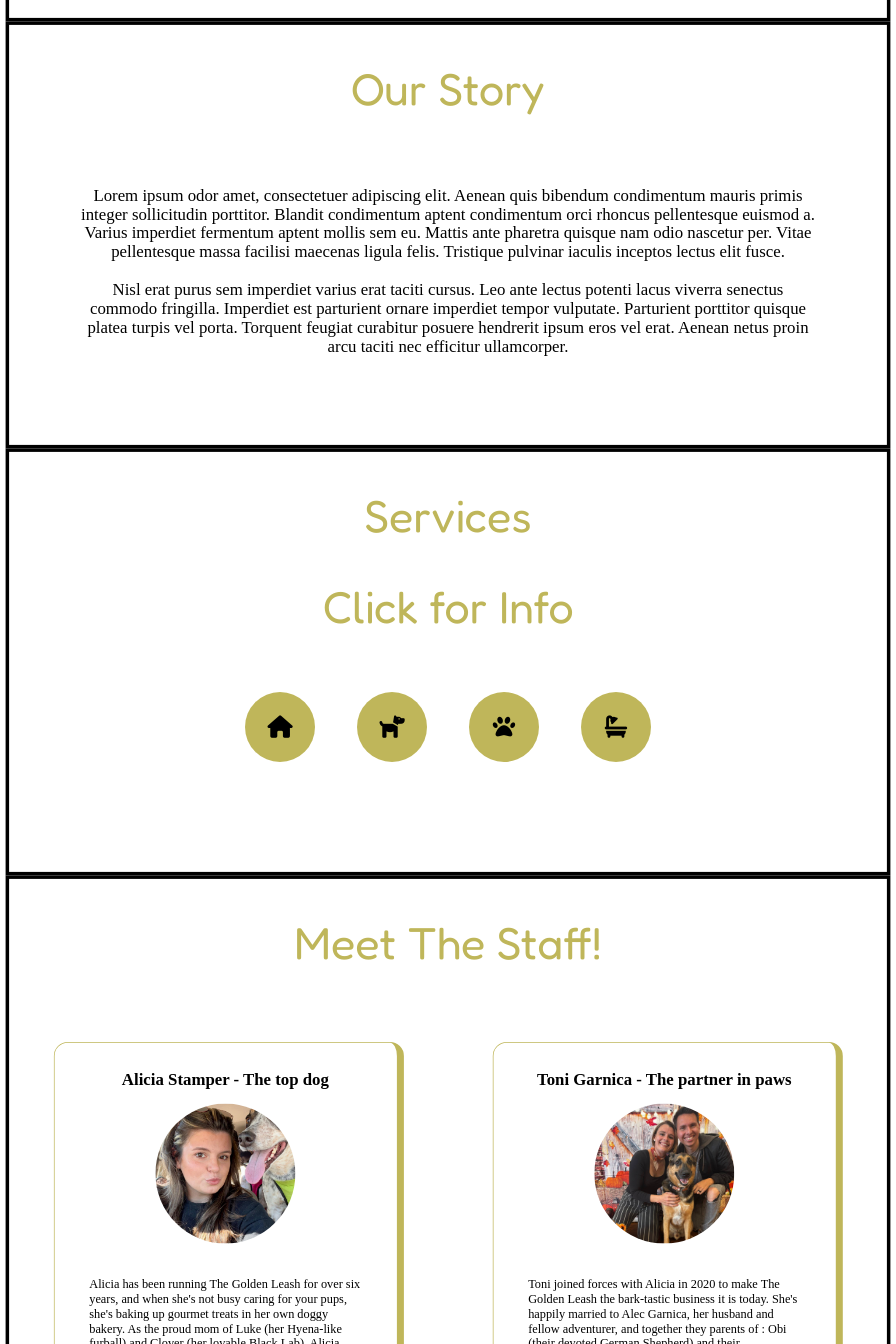
Repository: Aworminator/Thegoldenleash
Page: index.html
An editor plug-in stored every save of this project. The page is shown before and after a run of saves, followed by the edit.
The browser window is 1280 px wide. The pictures show the part of the page from y = 652 to 2572 px (the page is 4783 px tall), at 70% of full size.

Above is the page before, as saved 2025-07-23 22:15:13.

### index.html
<!DOCTYPE html>
<html lang="en">
  <head>
    <meta charset="UTF-8" />
    <meta name="viewport" content="width=device-width, initial-scale=1.0" />
    <title>The Golden Leash</title>
    <link
      rel="stylesheet"
      href="https://cdnjs.cloudflare.com/ajax/libs/font-awesome/6.5.0/css/all.min.css"
      integrity="sha512-..."
      crossorigin="anonymous"
      referrerpolicy="no-referrer"
    />
    <link rel="stylesheet" href="style.css" />
    <link rel="preconnect" href="https://fonts.googleapis.com" />
    <link rel="preconnect" href="https://fonts.gstatic.com" crossorigin />
    <link
      href="https://fonts.googleapis.com/css2?family=Fredoka:wght@300..700&display=swap"
      rel="stylesheet"
    />
  </head>
  <body>
    <section class="home-page">
      <div class="image-container">
        <div>
          <div class="logo-container">
            <img src="./Images/GoldenLeashLogo No Nose.png" class="logo" />
            <img src="./Images/GoldenLeashLogo Nose.png" class="nose" alt="" />
          </div>
        </div>

        <ul class="list">
          <li class="list-item" id="story">Our Story</li>
          <li class="list-item" id="service">Services</li>
          <li class="list-item" id="contact">Contact Us</li>
        </ul>
      </div>
    </section>

    <section class="our-story">
      <h1>Our Story</h1>
      <p class="story-info info">
        Lorem ipsum odor amet, consectetuer adipiscing elit. Aenean quis
        bibendum condimentum mauris primis integer sollicitudin porttitor.
        Blandit condimentum aptent condimentum orci rhoncus pellentesque euismod
        a. Varius imperdiet fermentum aptent mollis sem eu. Mattis ante pharetra
        quisque nam odio nascetur per. Vitae pellentesque massa facilisi
        maecenas ligula felis. Tristique pulvinar iaculis inceptos lectus elit
        fusce. <br /><br />
        Nisl erat purus sem imperdiet varius erat taciti cursus. Leo ante lectus
        potenti lacus viverra senectus commodo fringilla. Imperdiet est
        parturient ornare imperdiet tempor vulputate. Parturient porttitor
        quisque platea turpis vel porta. Torquent feugiat curabitur posuere
        hendrerit ipsum eros vel erat. Aenean netus proin arcu taciti nec
        efficitur ullamcorper.
      </p>
    </section>

    <section class="services">
      <h1>Services</h1>
      <h2 class="clickForInfo">Click for Info</h2>
      <div class="icon-container">
        <i class="fa-solid fa-house icon" id="boarding"></i>
        <i class="fa-solid fa-dog icon" id="daycare"></i>
        <i class="fa-solid fa-paw icon" id="walks"></i>
        <i class="fa-solid fa-bath icon" id="grooming"></i>
      </div>

      <div class="service-info info" id="boarding">
        <h3>Boarding</h3>
        <h3>$75 Per/Night</h3>
        <h3>$80 Per/Night (In Home Boarding)</h3>
        <p>
          At The Golden Leash, our boarding service is truly cage-free—your dog
          enjoys a comfortable, home-like environment 24/7 with no kennels or
          crates. We believe every pup deserves freedom, companionship, and
          personalized attention, so they’re never confined and always part of
          the family. <br /><br />
          For dogs who prefer familiar surroundings, we also offer in-home
          boarding. Our trusted staff can stay at your home, ensuring your dog’s
          routine and comfort are maintained while you’re away. Whether at our
          place or yours, your dog receives loving care, playtime, and
          relaxation—just like they’re at home!
        </p>
      </div>
      <div class="service-info info" id="daycare">
        <h3>Daycare</h3>
        <h3>$35 Full Day (6-9 Hours)</h3>
        <h3>$25 Half Day (3-5 Hours)</h3>
        <p>
          At The Golden Leash, our doggy daycare is a great environment where
          your pup can play, socialize, and relax just like at home. We believe
          dogs thrive when they’re free to interact and explore, so we provide
          supervised group play and plenty of space for every personality.
          <br /><br />
          Our experienced staff ensures each dog’s safety and comfort, offering
          personalized attention throughout the day. Whether your dog loves to
          romp with friends or prefers quiet time, we tailor their experience to
          meet their needs. Give your dog a fun, stress-free day—no cages, just
          care!
        </p>
      </div>
      <div class="service-info info" id="walks">
        <h3>Walks</h3>
        <h3>$25</h3>
        <h4>(Starting at)</h4>
        <p>
          At The Golden Leash, we bring personalized care directly to you! Our
          team will stop by to check on your dog and take them for a walk
          tailored to their needs. Each walk typically lasts around 45 minutes,
          giving your pup plenty of exercise and attention. <br /><br />
          Your dog's safety and well-being are our top priorities. That’s why we
          monitor the weather closely, ensuring your furry friend isn’t exposed
          to unsafe conditions. We avoid walks in temperatures below 28°F, and
          during extreme heat, we’ll adjust walk times to protect your dog’s
          paws from hot sidewalks. Because your dog deserves the very best
          care—rain, shine, or snow!
        </p>
      </div>
      <div class="service-info info" id="grooming">
        <h3>Grooming</h3>
        <h3>$40 Basic Bath</h3>
        <h3>$50 Deshed</h3>
        <h4>(Starting at)</h4>
        <p>
          At The Golden Leash, our grooming service is designed to keep your dog
          looking and feeling their best in a stress-free, cage-free
          environment. We offer baths, brush-outs, nail trims, ear cleaning, and
          more—always tailored to your pup’s needs and comfort. <br /><br />
          Our experienced staff uses gentle techniques and high-quality products
          to ensure a safe, positive experience for every dog. Whether your pup
          needs a quick freshen-up or a full spa treatment, we provide
          personalized care with plenty of love and attention. Book a grooming
          session and let your dog shine!
        </p>
      </div>
    </section>

    <section class="staff">
      <h1>Meet The Staff!</h1>
      <div id="staff-cards"></div>
    </section>

    <section class="contact">
      <h1>Contact Us</h1>
      <form class="contact-form">
        <div class="form-group">
          <label for="name">Name</label>
          <input type="text" id="name" name="name" required />
        </div>
        <div class="form-group">
          <label for="email">Email</label>
          <input type="email" id="email" name="email" required />
        </div>
        <div class="form-group">
          <label for="message">Message</label>
          <textarea id="message" name="message" rows="5" required></textarea>
        </div>
        <button type="submit" class="contact-btn">Send Message</button>
      </form>
    </section>
    <script src="script.js"></script>
  </body>
</html>

### style.css
h1,
.clickForInfo {
  font-family: "Fredoka", serif;
  font-optical-sizing: auto;
  font-weight: 400; /* Replace <weight> with a valid value */
  font-style: normal;
  color: #bfb65a;
  font-variation-settings: "wdth" 100;
  text-align: center;
  font-size: 4em;
}

/* Everything is looking great, just add paw background repate */

h2 {
  text-align: center;
}

.image-container {
  display: flex;
  flex-direction: row;
  justify-content: space-around;
}

.home-page {
  border: black solid 5px;
  min-height: 50vh;
  background-image: linear-gradient(
      rgba(255, 255, 255, 0.4),
      rgba(255, 255, 255, 0.4)
    ),
    url("./Images/Paws.png");
  background-repeat: no-repeat;
  background-position: 80%;
}

@keyframes paws-bg-move {
  0% {
    background-position: 160%;
  }
  25% {
    background-position: 140%;
  }
  50% {
    background-position: 120%;
  }
  75% {
    background-position: 100%;
  }
  100% {
    background-position: 80%;
  }
}

.home-page {
  animation: paws-bg-move 5s;
}

.services,
.staff,
.contact,
.our-story {
  border: black solid 5px;
  min-height: 600px;
}

.logo-container {
  position: relative;
  display: inline-block; /* or block, as needed */
}

.logo {
  display: block;
  width: 100%;
  max-width: 600px;
  height: auto;
}

.nose {
  position: absolute;
  left: 50%;
  top: 50%;
  transform: translate(-50%, -50%);
  width: 100%;
  height: auto;
  animation: nose-move 4s ease-in-out;
}
@keyframes nose-move {
  0% {
    transform: translate(-50%, -50%) scale(1);
  }
  25% {
    transform: translate(-50%, -50%) scale(1.2);
  }
  50% {
    transform: translate(-50%, -50%) scale(1.1);
  }
  75% {
    transform: translate(-50%, -50%) scale(1.2);
  }
  100% {
    transform: translate(-50%, -50%) scale(1);
  }
}

.list {
  font-size: 3em;
  padding: 50px;
}

li {
  font-family: "Fredoka", serif;
  font-optical-sizing: auto;
  font-weight: 400; /* Replace <weight> with a valid value */
  font-style: normal;
  color: #bfb65a;
  font-variation-settings: "wdth" 100;
  font-size: 1.3em;
  margin-bottom: 80px;
  text-shadow: 3px 3px 0px rgba(191, 183, 90, 0.336),
    0 0 16px rgba(191, 182, 90, 0.25);
}

.icon-container {
  display: flex;
  justify-content: center;
}

.icon {
  background-color: #bfb65a;
  width: 100px;
  aspect-ratio: 1 / 1;
  border-radius: 50%;
  display: flex;
  justify-content: center;
  align-items: center;
  font-size: 2em;
  margin: 30px;
}

.icon:hover,
.list-item:hover {
  transform: scale(1.1);
  transition: transform 0.2s;
}

.icon:active,
.list-item:active {
  transform: scale(0.9);
  transition: transform 0.2s;
}

.service-info,
.story-info {
  text-align: center;
  font-size: 1.5rem;
  margin: 100px;
}

.service-info {
  display: none;
  max-width: 1000px;
  /* width: 100%; */
  margin: 80px auto;
  background-color: rgb(229, 229, 229);
  border-radius: 10px;
  padding: 5px;
  animation: slide-fwd-tr 1.3s cubic-bezier(0.25, 0.46, 0.45, 0.94) both;
}

.service-info p {
  max-width: 500px;
  /* width: 1000%; */
  margin: 50px auto;
}

.card {
  width: 100%;
  max-width: 500px;
  border: none;
  border-bottom: 10px solid #bfb65a;
  border-right: 10px solid #bfb65a;
  border-top: 1px solid #bfb65a;
  border-left: 1px solid #bfb65a;
  border-radius: 20px;
  display: flex;
  flex-direction: column;
  justify-content: flex-start;
  align-items: center;
  margin: 50px;
  padding: 20px;
  box-sizing: border-box;
  overflow-wrap: break-word;
  word-wrap: break-word;
}

.profile-pic {
  height: 200px;
  border-radius: 50%;
  object-fit: cover;
  object-position: top;
  width: 200px;
}

.profile-pic:hover {
  transform: scale(1.15);
  transition: transform 0.2s;
}

#staff-cards {
  display: flex;
  flex-direction: row;
  flex-wrap: wrap;
  align-items: center;
  justify-content: space-around;
}

.staff-info {
  padding: 30px;
  font-size: 1.1em;
}

@keyframes slide-fwd-tr {
  0% {
    opacity: 0%;
    transform: translateZ(180px) translateY(120px) translateX(-120px);
  }
  100% {
    opacity: 100%;
    transform: translateZ(0px) translateY(0px) translateX(0px);
  }
}

@media (max-width: 900px) {
  .image-container {
    flex-direction: column;
    align-items: center;
  }

  .info {
    font-size: 0.8em;
    width: 50%;
    /* figure out a way to make this wider */
  }

  .icon {
    font-size: 1.4em;
    margin: 15px;
  }

  .staff-info {
    width: 250px;
    font-size: 0.9em;
    overflow: visible;
    padding: 10px;
  }

  .service-info {
    width: 300px;
  }

  .card {
    margin: 20px;
    padding: 20px;
  }

  h1 {
    font-size: 2.5em;
  }

  li {
    font-size: 1em;
  }

  h2 {
    font-size: 1.2em;
    padding: 5px;
  }
}

@media (max-width: 600px) {
  .contact-form {
    padding: 18px 8px 14px 8px;
    max-width: 95vw;
  }
}

/* Contact Form Styles */
.contact-form {
  max-width: 500px;
  margin: 40px auto 0 auto;
  border-radius: 16px;
  box-shadow: 0 4px 24px rgba(191, 182, 90, 0.15);
  padding: 32px 28px 24px 28px;
  display: flex;
  flex-direction: column;
  gap: 18px;
}
.form-group {
  display: flex;
  flex-direction: column;
  gap: 6px;
}
.contact-form label {
  font-size: 1.1em;
  color: black;
  font-weight: 600;
  margin-bottom: 2px;
}
.contact-form input,
.contact-form textarea {
  padding: 10px 12px;
  border: 1.5px solid black;
  border-radius: 8px;
  font-size: 1em;
  font-family: inherit;
  transition: border 0.2s;
}
.contact-form input:focus,
.contact-form textarea:focus {
  outline: none;
  border: 2px solid black;
}
.contact-btn {
  background: #bfb65a;
  color: #fff;
  border: none;
  border-radius: 8px;
  padding: 12px 0;
  font-size: 1.1em;
  font-weight: 700;
  cursor: pointer;
  margin-top: 10px;
  box-shadow: 0 2px 8px rgba(191, 182, 90, 0.12);
  transition: background 0.2s, transform 0.2s;
}
.contact-btn:hover {
  background: #a49e4a;
  transform: translateY(-2px) scale(1.03);
}

### script.js
const staffMembers = [
  {
    name: "Alicia Stamper",
    title: "The top dog",
    image: "./Images/Staff Pictures/Alicia TGL Picture.jpg",
    info: "Alicia has been running The Golden Leash for over six years, and when she's not busy caring for your pups, she's baking up gourmet treats in her own doggy bakery. As the proud mom of Luke (her Hyena-like furball) and Clover (her lovable Black Lab), Alicia knows her way around a tail wag or two. When she's not running the show, you'll find her savoring a hot cup of tea, surrounded by friends and family, and enjoying a well-deserved Saturday chill session.",
  },
  {
    name: "Toni Garnica",
    title: "The partner in paws",
    image: "./Images/Staff Pictures/Toni TGL Picture.jpg",
    info: "Toni joined forces with Alicia in 2020 to make The Golden Leash the bark-tastic business it is today. She's happily married to Alec Garnica, her husband and fellow adventurer, and together they parents of : Obi (their devoted German Shepherd) and their mischievous feline sons, Po (Tuxedo Cat) and Hopper (Black Cat). Toni's all about loving her people, exploring her creative passions, and walking through life with God by her side—usually with Obi in tow.",
  },
  {
    name: "Brooke Edwards",
    title: "The Ball of Energy",
    image: "./Images/Staff Pictures/Brooke TGL Picture.jpg",
    info: "Since 2021, Brooke has been bringing boundless enthusiasm to The Golden Leash team. Happily married to her husband, Elijah, Brooke is also the proud mom of Sadie, her adorable Doodle, who's got the fluffiest tail wag around. Whether it's playing with the pups or brightening everyone's day, Brooke's energy is as contagious as Sadie's zoomies.",
  },
  {
    name: "Carolyn Lesko",
    title: "The Wildcard",
    image: "./Images/Staff Pictures/Carolyn TGL Picture.jpg",
    info: "Carolyn is the undisputed wildcard of The Golden Leash crew. Whether she's quoting tik tok meme's, playing a mean game of Gang Beasts on her days off, or keeping things exciting, Carolyn keeps us all on our toes. She's the proud mom of her dog (to be named and praised at a later date). Fun fact: Carolyn is allergic to grass and being on time.",
  },
  {
    name: "Lisa",
    title: "The Backbone of the pack",
    image: "./Images/Staff Pictures/Lisa and rip Van Winkle.png",
    info: "Lisa is the kind of hard worker who makes everything run like clockwork at The Golden Leash. With her unmatched dedication and a can-do attitude, she's the go-to person for getting things done. Whether it's caring for pups, organizing schedules, or simply being awesome, Lisa brings a level of expertise and warmth that every team dreams of having. We're lucky to have her!",
  },
];

const story = document.querySelector("#story");
const services = document.querySelector("#service");
const contact = document.querySelector("#contact");
const storySection = document.querySelector(".our-story");
const servicesSection = document.querySelector(".services");
const contactSection = document.querySelector(".contact");
const house = document.querySelector(".fa-house");
const dog = document.querySelector(".fa-dog");
const paw = document.querySelector(".fa-paw");
const bath = document.querySelector(".fa-bath");
const serviceInfo = document.querySelector(".service-info");
const boarding = document.querySelector("#boarding");
const grooming = document.querySelector("#grooming");
const walks = document.querySelector("#walks");
const daycare = document.querySelector("#daycare");
const service = document.querySelector(".services");
const staffCards = document.querySelector("#staff-cards");
const iconContainer = document.querySelectorAll(".icon-container i");

let allSections = document.querySelectorAll(".service-info");

// Loop for the list items.

// FIX THIS. Make it go to each section class.
document.querySelectorAll(".list-item").forEach((list) => {
  list.addEventListener("click", () => {
    const targetID = list.id;
    const targetSection = document.getElementById(targetID);

    if (targetSection) targetSection.scrollIntoView({ behavior: "smooth" });
  });
});

story.addEventListener("click", () => {
  storySection.scrollIntoView({ behavior: "smooth" });
});

services.addEventListener("click", () => {
  servicesSection.scrollIntoView({ behavior: "smooth" });
});

contact.addEventListener("click", () => {
  contactSection.scrollIntoView({ behavior: "smooth" });
});

// Loop for the icons.
iconContainer.forEach((icon) => {
  icon.addEventListener("click", () => {
    const sectionId = icon.id;

    allSections.forEach((section) => {
      section.style.display = section.id === sectionId ? "block" : "none";
    });
    const targetSection = document.getElementById(sectionId);
    if (targetSection) targetSection.scrollIntoView({ behavior: "smooth" });
  });
});

staffMembers.forEach((person) => {
  const newCard = document.createElement("div");
  newCard.classList.add("card");
  newCard.innerHTML = `<h2>${person.name} - ${person.title}</h2>
          <img
            src="${person.image}"
            alt="${person.name} Profile-Pic"
            class="profile-pic"
          />
          <p class="staff-info info">
            ${person.info}
          </p>`;
  staffCards.appendChild(newCard);
});

After the next 3 saves:
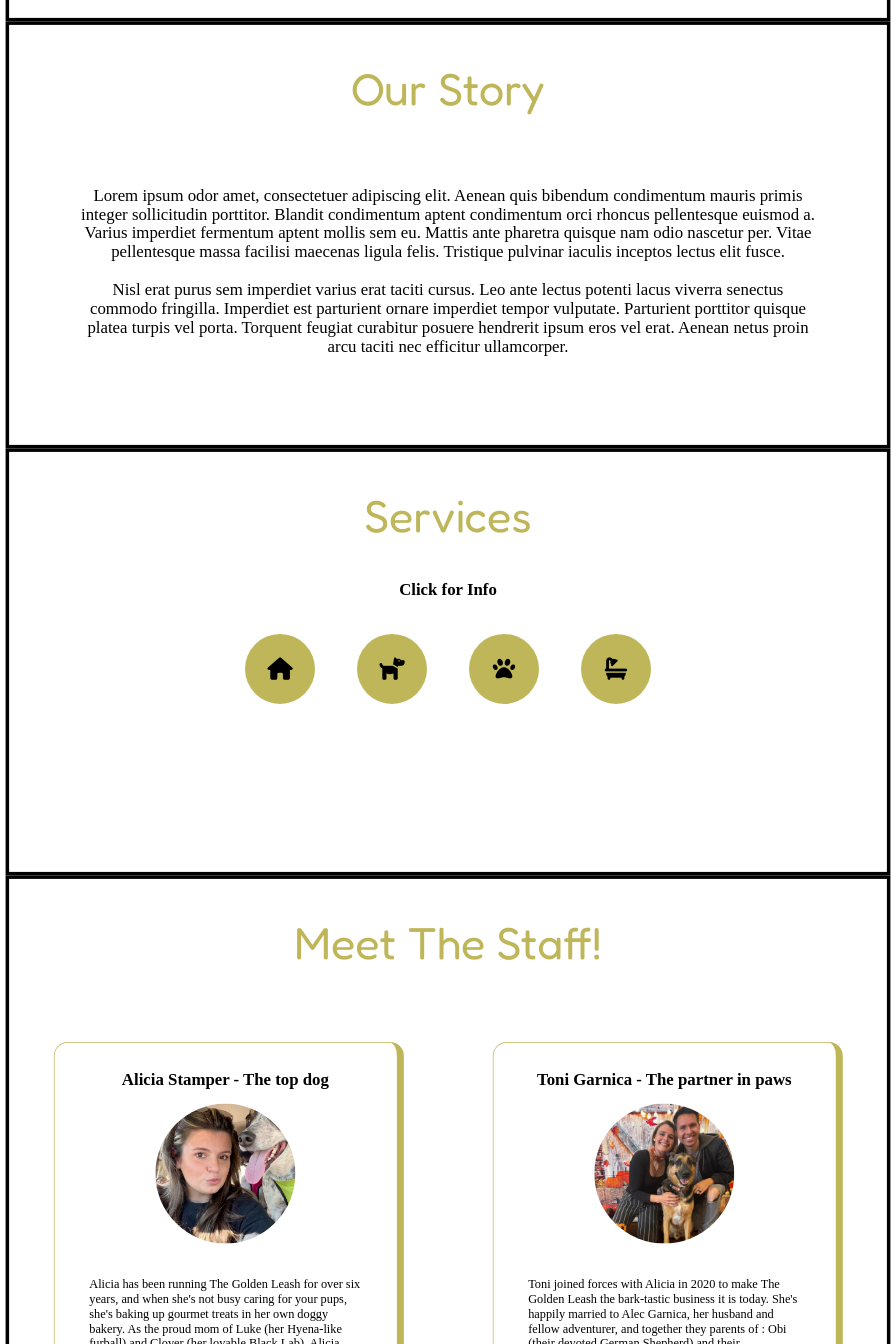
The 3 saves are shown as one change because they came seconds apart.
The last was saved 37 s later.
--- a/style.css
+++ b/style.css
@@ -1,5 +1,4 @@
-h1,
-.clickForInfo {
+h1 {
   font-family: "Fredoka", serif;
   font-optical-sizing: auto;
   font-weight: 400; /* Replace <weight> with a valid value */
